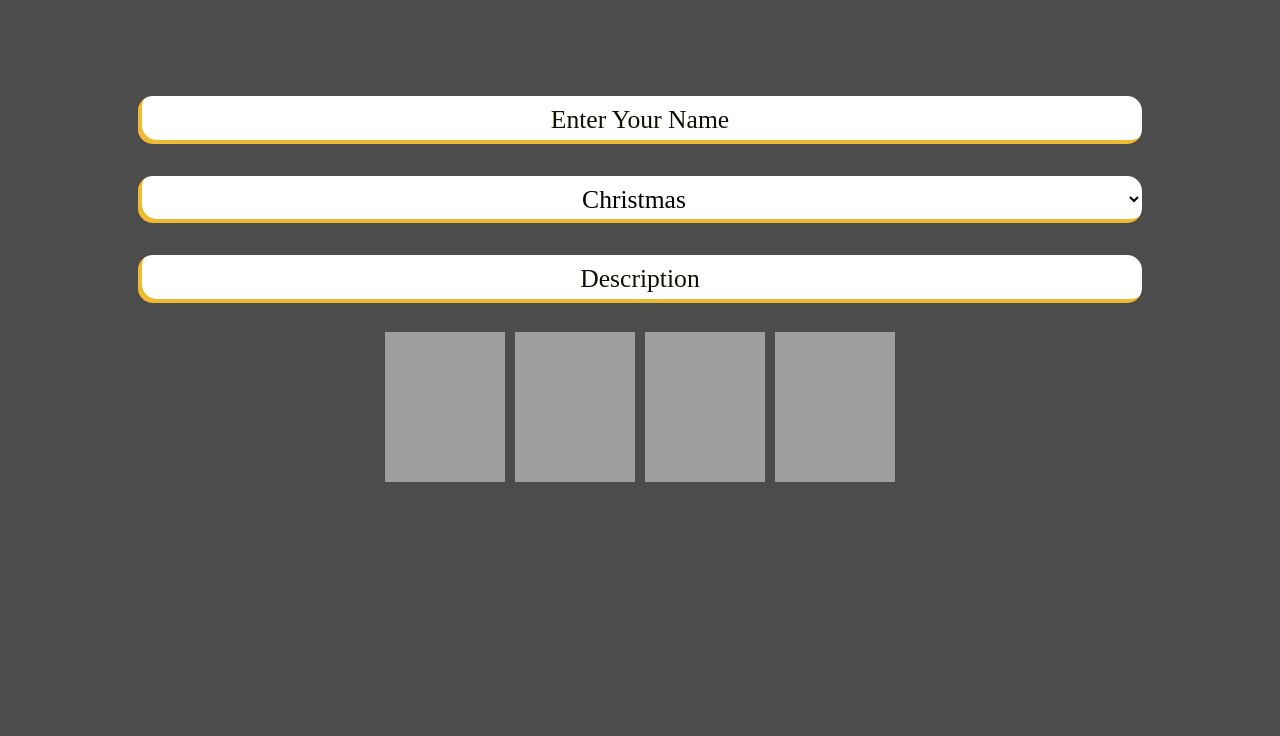
Repository: Haneef-Shaik/Greetings
Page: /
An editor plug-in stored every save of this project. The page is shown before and after the next save, followed by the edit.
The browser window is 1280 px wide. The pictures show the whole page.
Pictures or frames that could not be fetched are drawn as grey boxes. The project was rebuilt for these pictures with package versions that can differ from the ones it lists, and the page was loaded fresh each time. The framework's server and built-in components were replaced by stand-ins that run in the browser. Also part of the build but not shown: next.config.js, styles/card.module.scss, components/card.js, styles/socialShare.module.scss, components/socialShare.js.

Above is the page before, as saved 2021-12-01 21:01:45.

After the next save:
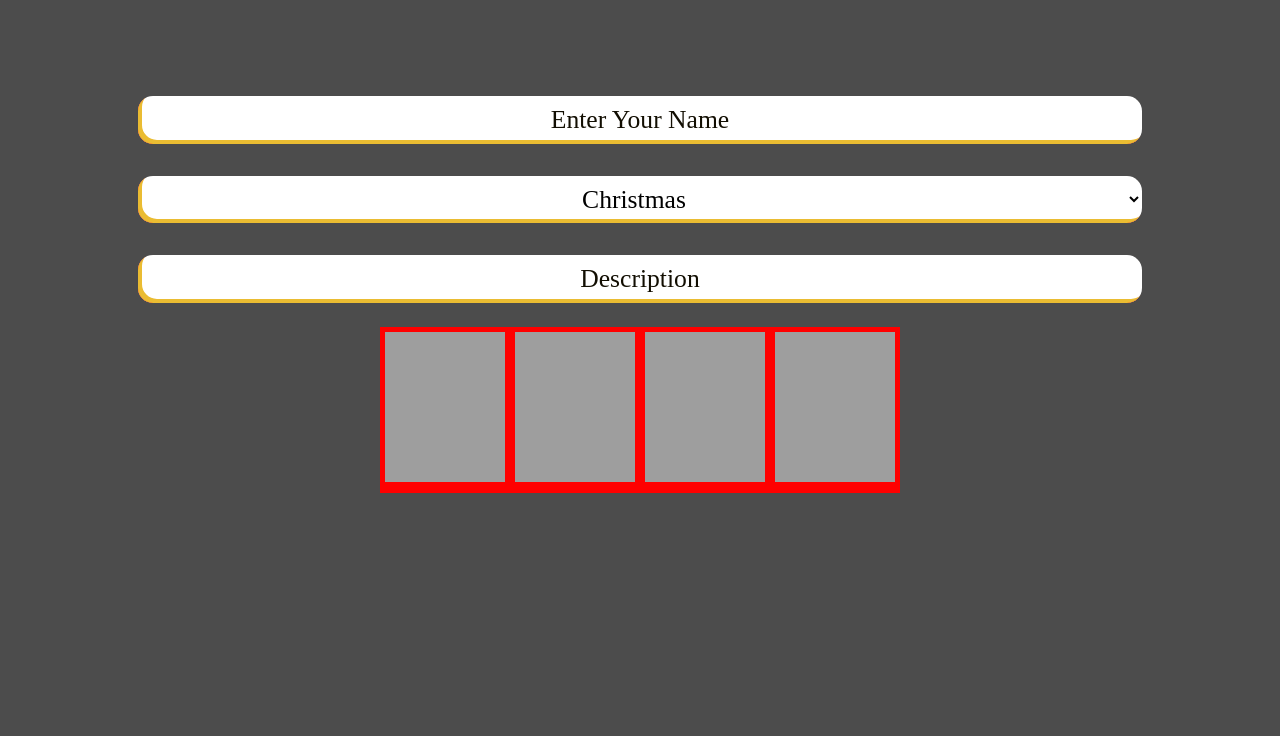
Saved 38 s later.
--- a/components/form.js
+++ b/components/form.js
@@ -26,7 +26,8 @@ function Edit() {
                                 </select>
 
                                 <input type="text" placeholder="Description" className="col-12" optional />
-                                <div className="d-flex justify-content-around align-items-center flex-wrap mt-4">
+
+                                <div className="d-flex justify-content-around align-items-center flex-wrap mt-4" style={{backgroundColor:'red'}}>
                                     {/* <label htmlFor="img1">
                                         <IMAGE src='/images/christmas/christmas.png' width={200} height={100} />
                                     </label>
